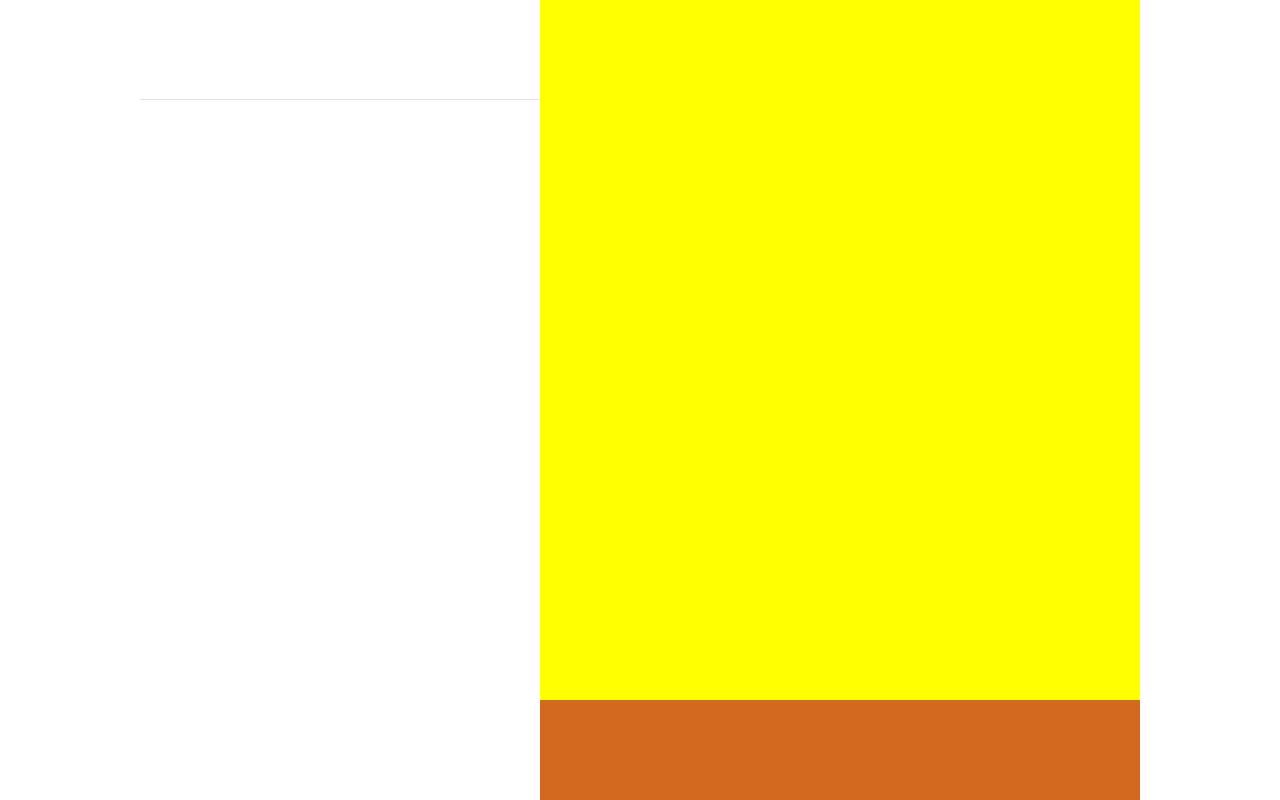
Repository: jinggegeZ/livechat
Page: /
The author's editor kept a copy of each file at every save. The page is drawn from the files as they stood at one save, then again after the next save.
The browser window is 1280 px wide. The pictures show the whole page.
The project was rebuilt for these pictures with package versions that can differ from the ones it lists, and the page was loaded fresh each time.

Above is the page before, as saved 2020-08-17 11:03:52.

After the next save:
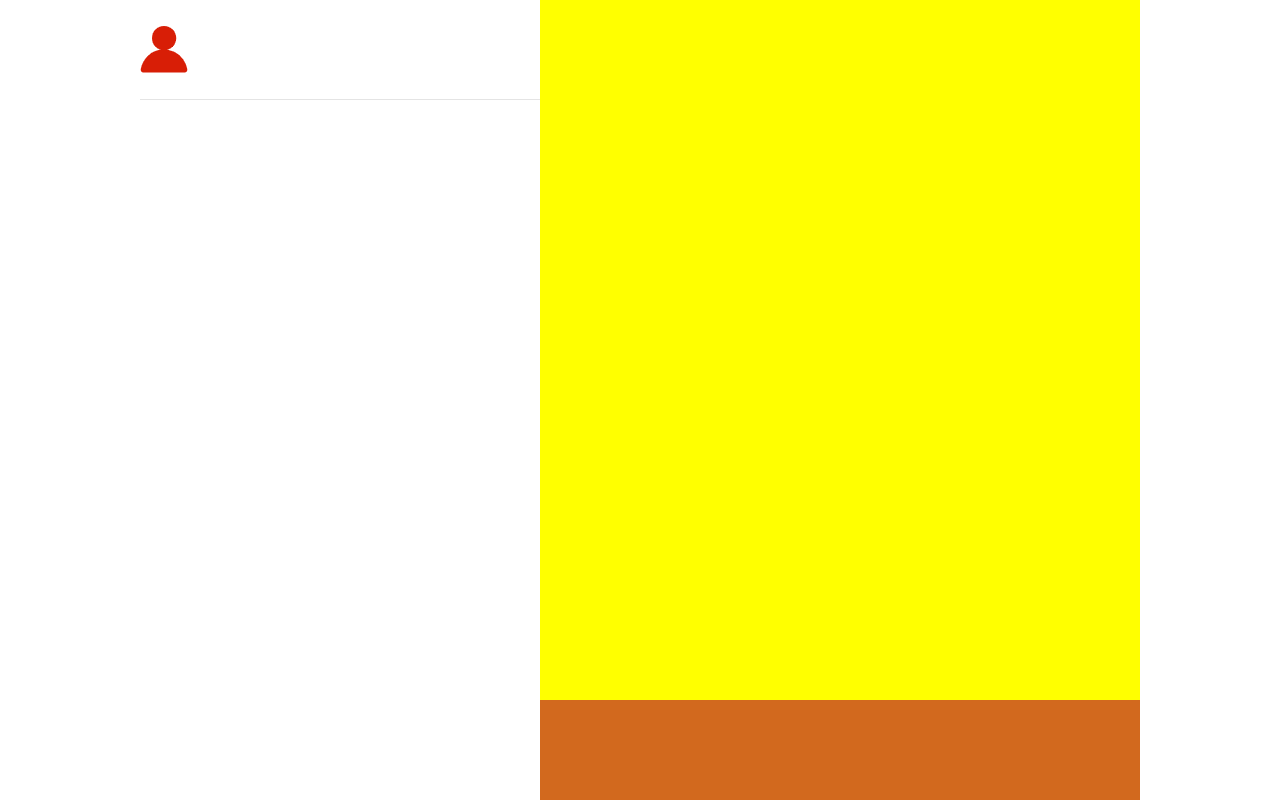
Saved 112 s later.
--- a/src/views/Home.vue
+++ b/src/views/Home.vue
@@ -7,7 +7,7 @@
           <div class="box1-1">
             <!-- 头像 -->
             <div class="img">
-              <img  src="" alt="">
+              <img  src="../../public/image/active-my.png" alt="">
             </div>
             <!-- 用户信息 -->
             <div></div>
